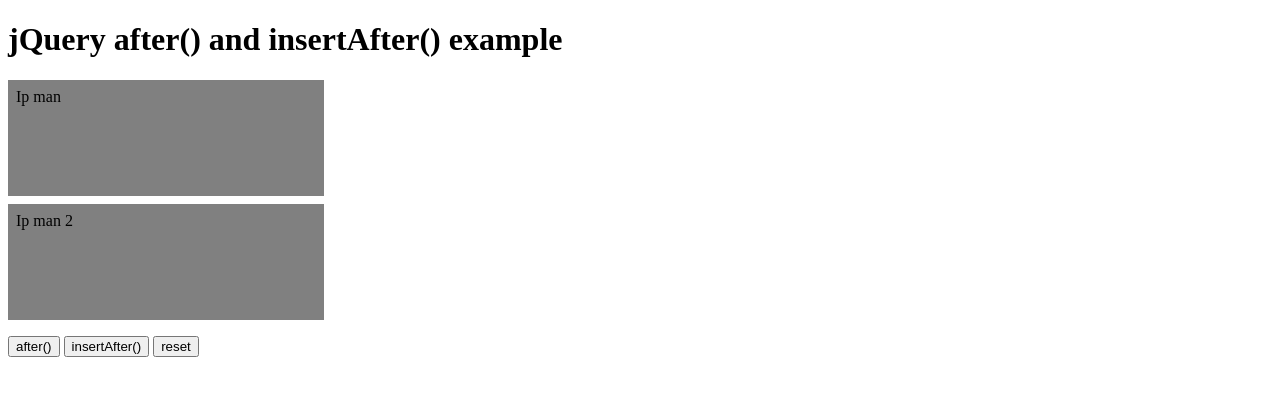
Repository: sudheerj/jQuery
Page: jQueryExamples/chapter06/GetTextboxValue.html
These files come from the project's save history. The page is drawn as it stood at one moment and after the next save; the edit follows.
The browser window is 1280 px wide. The pictures show the whole page.

Above is the page before, as saved 2016-10-21 17:22:06.

### jQueryExamples/chapter06/GetTextboxValue.html
<!DOCTYPE html>
<html>
	<head>
		<title>jQuery Animate</title>
		<script type="text/javascript" src="..\jquery\jquery-3.1.1.min.js"></script>
		<style type="text/css">
			.greyBox {
				padding: 8px;
				background: grey;
				margin-bottom: 8px;
				width: 300px;
				height: 100px;
			}
			.redBox {
				padding: 8px;
				background: red;
				margin-bottom: 8px;
				width: 200px;
				height: 50px;
			}
		</style>

	</head>
	<body>
		<h1>jQuery after() and insertAfter() example</h1>

		<div class="greyBox">
			Ip man
		</div>

		<div class="greyBox">
			Ip man 2
		</div>

		<p>
			<button id="after">
				after()
			</button>
			<button id="insertAfter">
				insertAfter()
			</button>
			<button id="reset">
				reset
			</button>
		</p>

		<script type="text/javascript">
			$("#after").click(function() {

				$('.greyBox').after("<div class='redBox'>Iron man</div>");

			});

			$("#insertAfter").click(function() {

				$("<div class='redBox'>Iron man</div>").insertAfter('.greyBox');

			});

			$("#reset").click(function() {
				location.reload();
			});

		</script>
	</body>
</html>

Loaded but not shown: jQueryExamples/jquery/jquery-3.1.1.min.js (library)

After the next save:
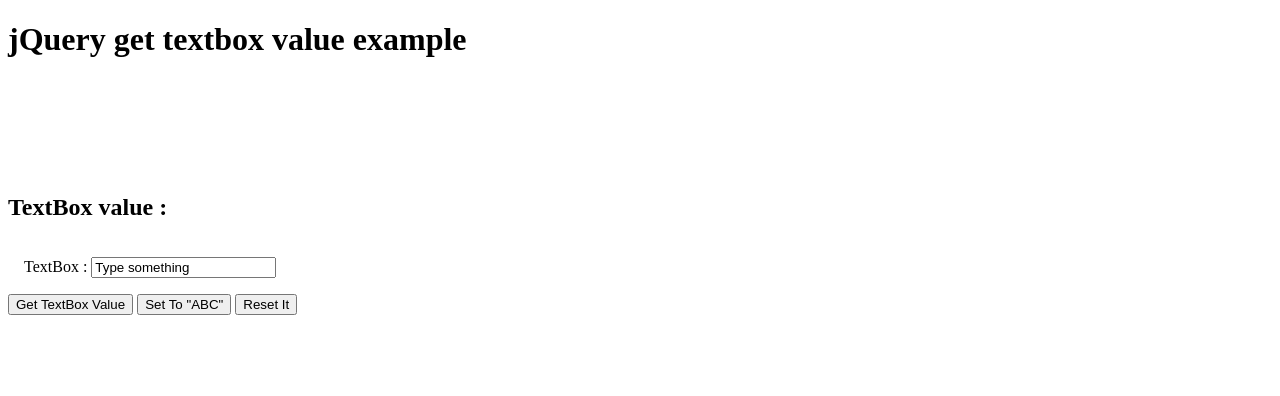
Console error (its wording comes from the project's code and is left out).
Saved 3 min 43 s later.
--- a/jQueryExamples/chapter06/GetTextboxValue.html
+++ b/jQueryExamples/chapter06/GetTextboxValue.html
@@ -3,64 +3,55 @@
 	<head>
 		<title>jQuery Animate</title>
 		<script type="text/javascript" src="..\jquery\jquery-3.1.1.min.js"></script>
-		<style type="text/css">
-			.greyBox {
-				padding: 8px;
-				background: grey;
-				margin-bottom: 8px;
-				width: 300px;
-				height: 100px;
-			}
-			.redBox {
-				padding: 8px;
-				background: red;
-				margin-bottom: 8px;
-				width: 200px;
-				height: 50px;
-			}
-		</style>
+		</head>
 
-	</head>
-	<body>
-		<h1>jQuery after() and insertAfter() example</h1>
+<body>
 
-		<div class="greyBox">
-			Ip man
-		</div>
+<h1>jQuery get textbox value example</h1>
 
-		<div class="greyBox">
-			Ip man 2
-		</div>
+<div class="ads-in-post hide_if_width_less_800">
+<script async src="//pagead2.googlesyndication.com/pagead/js/adsbygoogle.js"></script>
+<!-- new 728x90 - After1stH4 -->
+<ins class="adsbygoogle hide_if_width_less_800"
+     style="display:inline-block;width:728px;height:90px"
+     data-ad-client="ca-pub-2836379775501347"
+     data-ad-slot="7391621200"
+     data-ad-region="mkyongregion"></ins>
+<script>
+(adsbygoogle = window.adsbygoogle || []).push({});
+</script>
+</div><h2>TextBox value : <label id="msg"></label></h2>
 
-		<p>
-			<button id="after">
-				after()
-			</button>
-			<button id="insertAfter">
-				insertAfter()
-			</button>
-			<button id="reset">
-				reset
-			</button>
-		</p>
+<div style="padding:16px;">
+	TextBox : <input type="textbox" value="Type something"></input>
+</div>
 
-		<script type="text/javascript">
-			$("#after").click(function() {
+<button id="Get">Get TextBox Value</button>
+<button id="Set">Set To "ABC"</button>
+<button id="Reset">Reset It</button>
 
-				$('.greyBox').after("<div class='redBox'>Iron man</div>");
+<script type="text/javascript">
+    $("button:#Get").click(function () {
 
-			});
+	$('#msg').html($('input:textbox').val());
 
-			$("#insertAfter").click(function() {
+    });
 
-				$("<div class='redBox'>Iron man</div>").insertAfter('.greyBox');
+    $("button:#Reset").click(function () {
 
-			});
+	$('#msg').html("");
+	$('input:textbox').val("");
 
-			$("#reset").click(function() {
-				location.reload();
-			});
+    });
 
-		</script>
-	</body>
+    $("button:#Set").click(function () {
+
+	$('input:textbox').val("ABC");
+	$('#msg').html($('input:textbox').val());
+
+    });
+
+</script>
+
+</body>
 </html>
